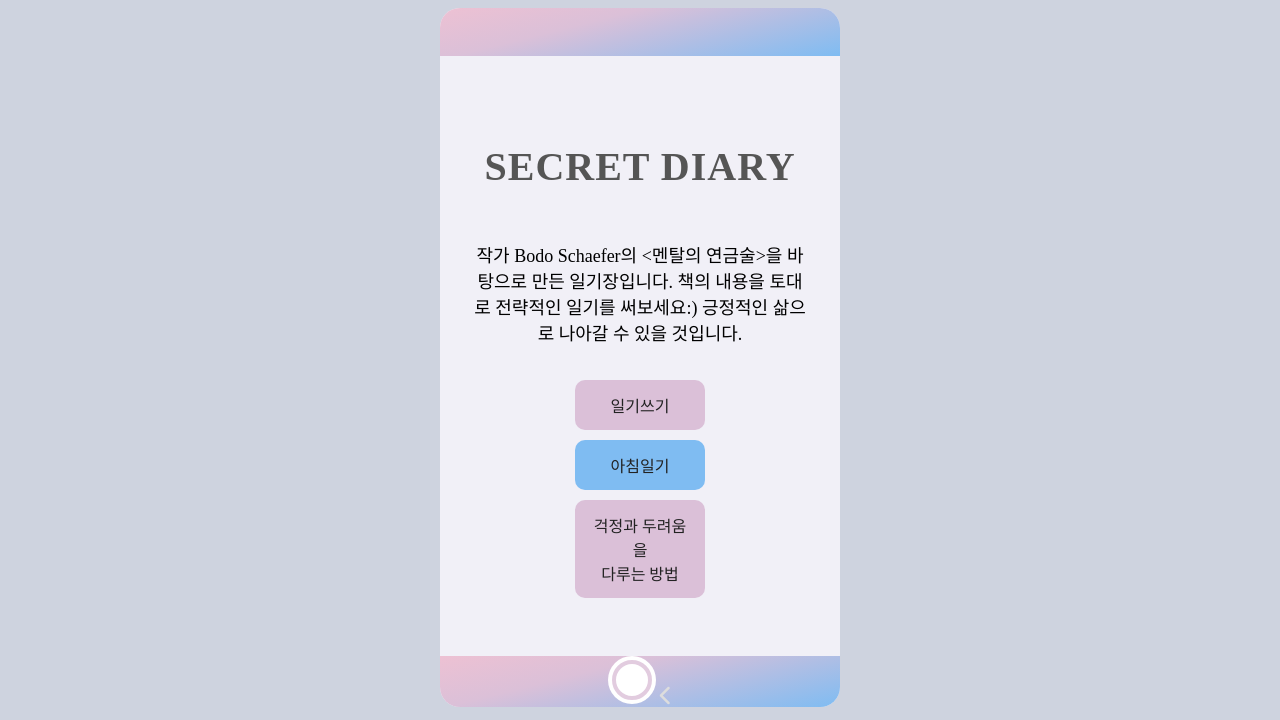
Repository: jinhee196/diary
Page: index.html
The author's editor kept a copy of each file at every save. The page is drawn from the files as they stood at one save, then again after the next save.
The browser window is 1280 px wide. The pictures show the whole page.
Some web fonts or font styles are not loaded; a fallback is used. Some web libraries are served in a nearby version.

Above is the page before, as saved 2021-06-04 21:01:26.

After the next save:
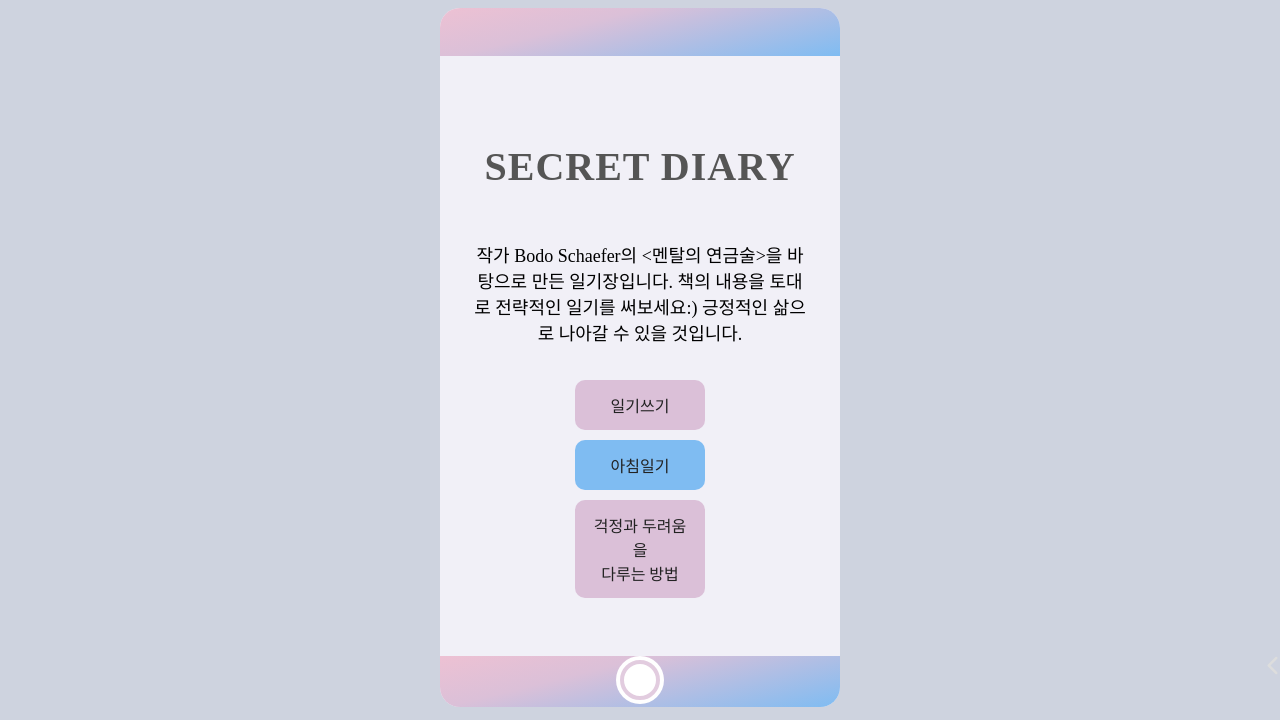
Saved 16 s later.
--- a/style.css
+++ b/style.css
@@ -207,6 +207,8 @@ section {
 .fa-chevron-left {
   font-size: 20px;
   color: #ddd;
+  position: absolute;
+  right: 0;
 }
 .footer__button:hover {
   transform: scale(1.1);
